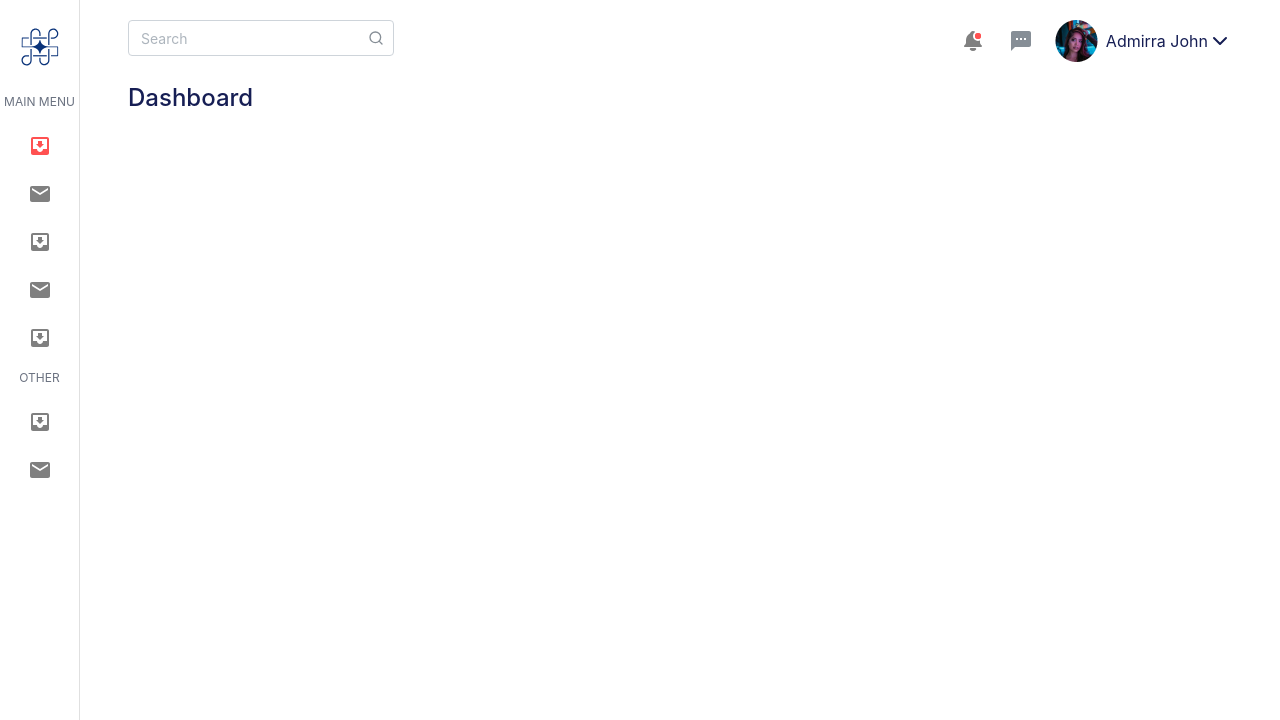
Repository: SatyaDewangan05/sample-dashboard
Page: /
These files come from the project's save history. The page is drawn as it stood at one moment and after the next save; the edit follows.
The browser window is 1280 px wide. The pictures show the whole page.
The project was rebuilt for these pictures with package versions that can differ from the ones it lists, and the page was loaded fresh each time. The framework's server and built-in components were replaced by stand-ins that run in the browser. Also part of the build but not shown: next.config.mjs.

Above is the page before, as saved 2024-09-21 23:15:51.

After the next save:
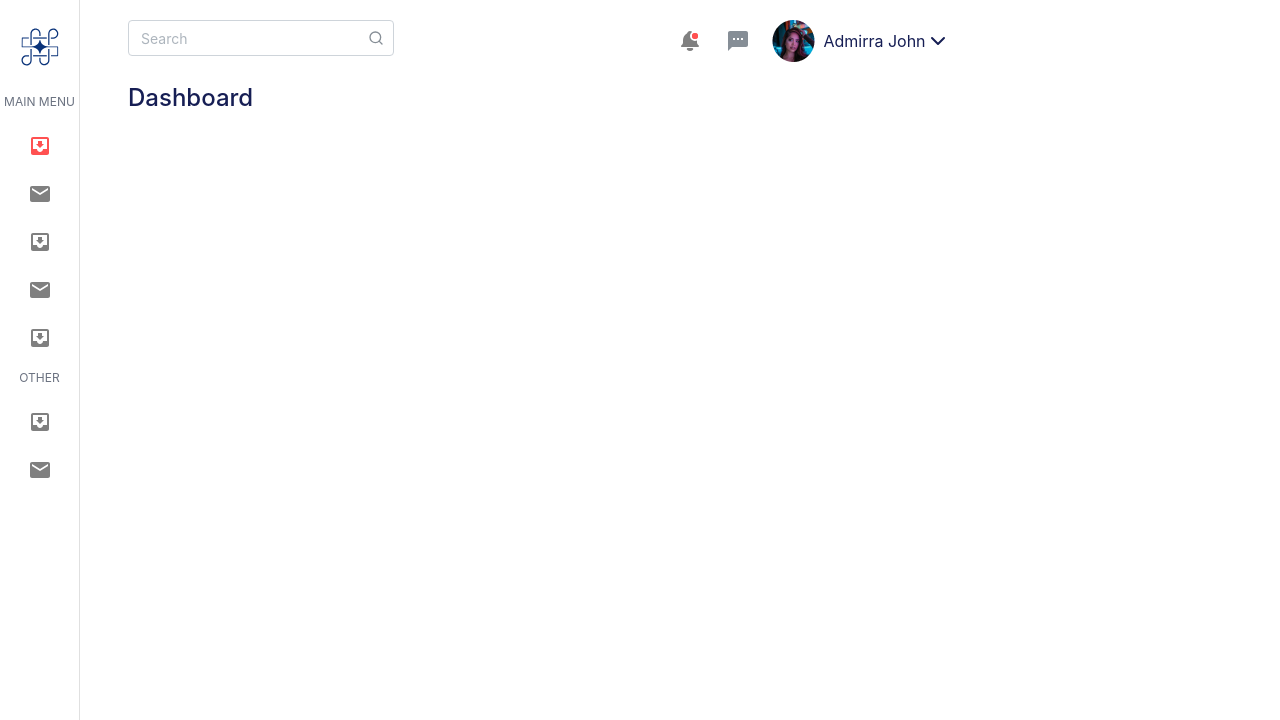
Saved 49 s later.
--- a/src/app/page.jsx
+++ b/src/app/page.jsx
@@ -4,6 +4,7 @@ import {
   ActionIcon,
   Anchor,
   Avatar,
+  Divider,
   Indicator,
   TextInput,
   Title,
@@ -59,6 +60,7 @@ export default function Home() {
               </Anchor>
             </div>
           </div>
+          <Divider my="md" />
         </div>
 
         <div>
